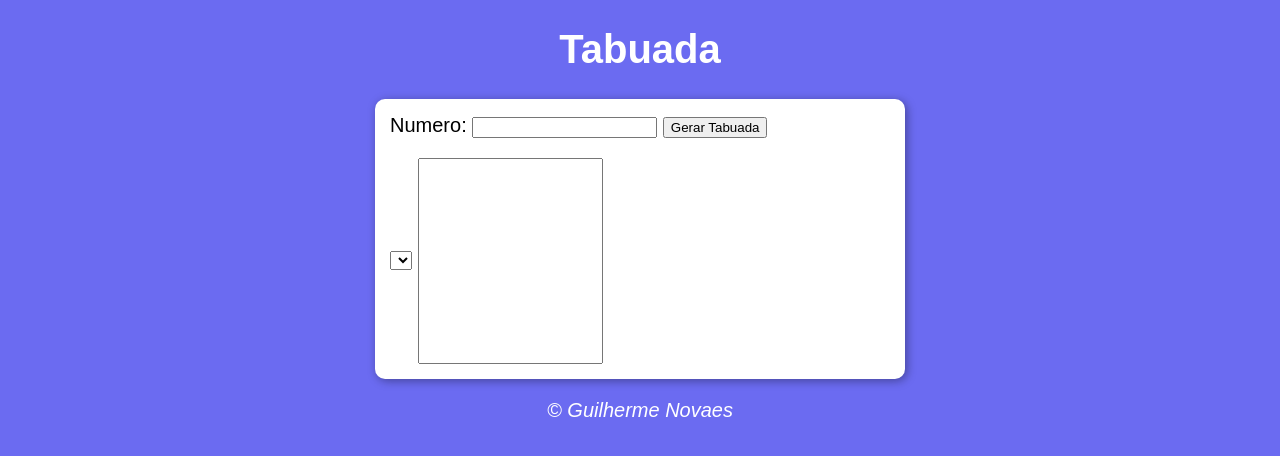
Repository: Guilherme-RNovaes/JavaScript-Curso
Page: Aula 14ex/ex017/index.html
An editor plug-in stored every save of this project. The page is shown before and after a run of saves, followed by the edit.
The browser window is 1280 px wide. The pictures show the whole page.

Above is the page before, as saved 2022-09-10 09:11:34.

### Aula 14ex/ex017/index.html
<!DOCTYPE html>
<html lang="pt-br">
<head>
    <meta charset="UTF-8">
    <meta http-equiv="X-UA-Compatible" content="IE=edge">
    <meta name="viewport" content="width=device-width, initial-scale=1.0">
    <title>Modelo de Exercício</title>
    <link rel="stylesheet" href="src/Style/style.css">
</head>
<body>
    <header>
        <h1>Tabuada</h1>
    </header>
    <section>
        <div>
            Numero: <input type="number" name="tabuada" id="tabuada">
            <button>Gerar Tabuada</button>
        </div>
        <div>
            <select name="" id=""></select>
            <input type="text" name="tabres" id="tabres">
        </div>
    </section>
    <footer>
        <p>&copy; Guilherme Novaes</p>
    </footer>
    <script src="script.js"></script>
</body>
</html>

### Aula 14ex/ex017/src/Style/style.css
body{
    background-color: rgb(107, 107, 241);
    font: normal 15pt Arial;
}
header {
    color: white;
    text-align: center;
}

section{
    background-color: white;
    border-radius: 10px;
    padding: 15px;
    width: 500px;
    margin: auto;
    box-shadow: 2px 2px 10px rgba(0, 0, 0, 0.36);
}

footer{
    color: white;
    text-align: center;
    font-style: italic;
}

div img{
    width: 250px;
    height: 250px;
    border-radius: 100%;
}

#tabres{
    margin-top: 20px;
    height: 200px;
}

Loaded but not shown: Aula 14ex/ex017/script.js (no stored copy; drawn as an empty file)

After the next 2 saves:
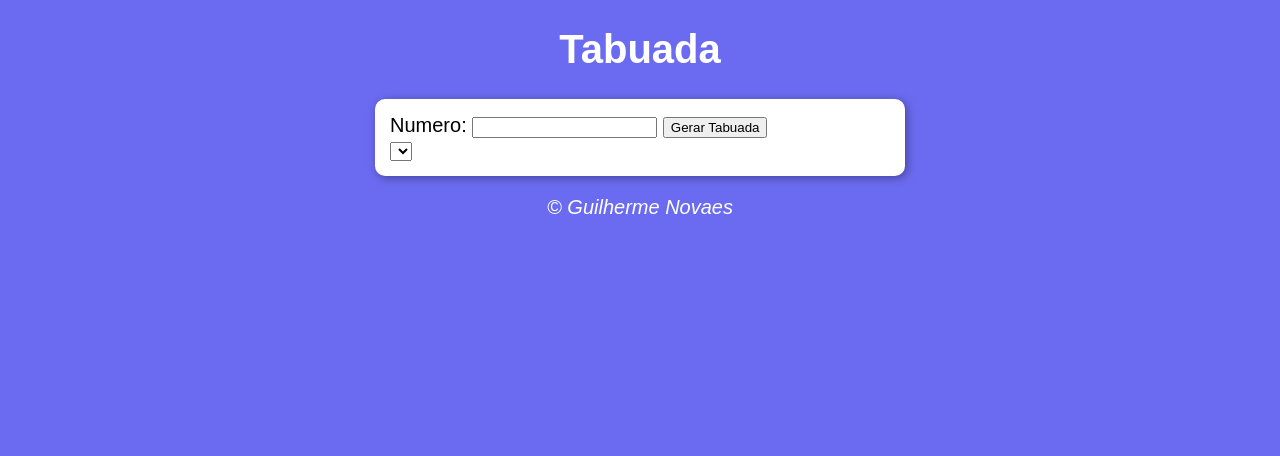
The 2 saves are shown as one change because they came seconds apart.
The last was saved 12 s later.
--- a/Aula 14ex/ex017/index.html
+++ b/Aula 14ex/ex017/index.html
@@ -18,7 +18,6 @@
         </div>
         <div>
             <select name="" id=""></select>
-            <input type="text" name="tabres" id="tabres">
         </div>
     </section>
     <footer>
